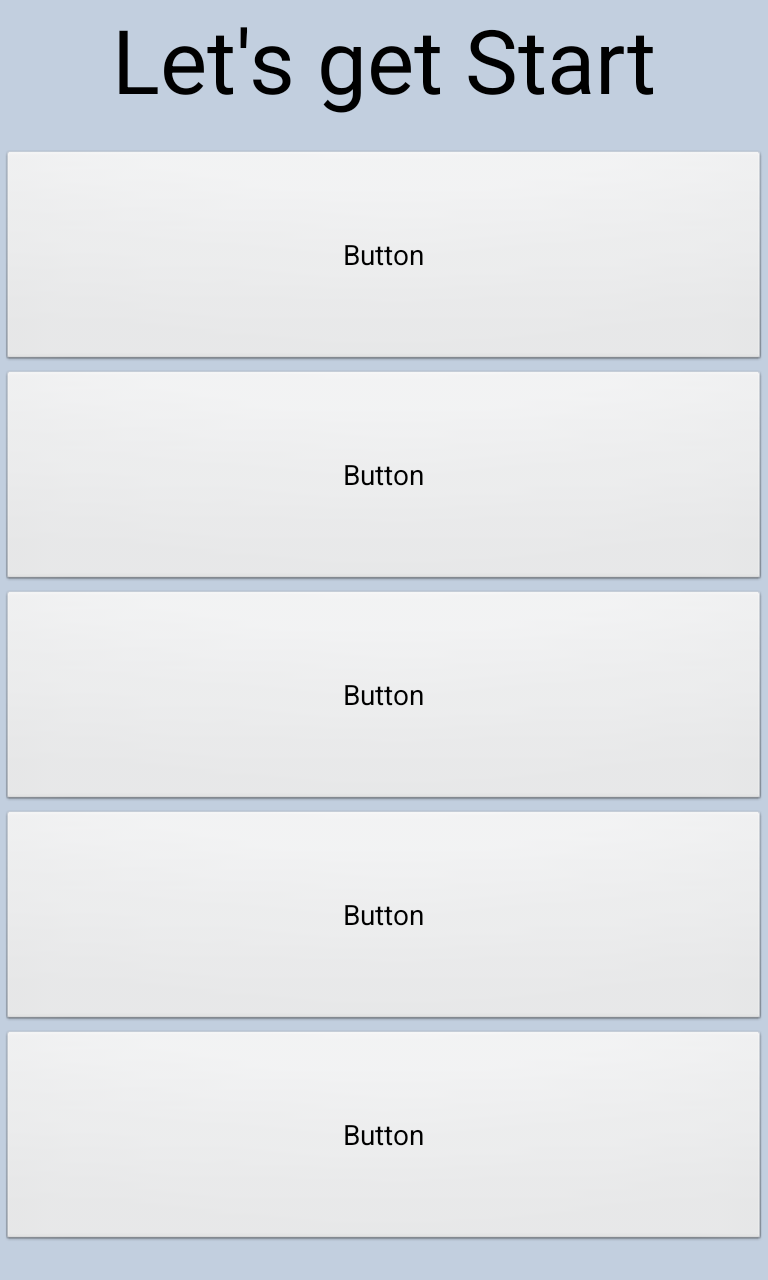
Repository: parinya1968/My-project
Layout: DroidWork/getBig/res/layout/profilemenu.xml
The author's editor kept a copy of each file at every save. The layout is drawn from the files as they stood at one save, then again after the next save.
It is drawn on a 768 x 1280 px phone screen (xhdpi) without system bars, with theme android:Theme.NoTitleBar.Fullscreen; the app's code is not run.

Above is the layout before, as saved 2012-06-20 03:25:00.

### DroidWork/getBig/res/layout/profilemenu.xml
<?xml version="1.0" encoding="utf-8"?>
<LinearLayout xmlns:android="http://schemas.android.com/apk/res/android"
    android:layout_width="fill_parent"
    android:layout_height="fill_parent"
    android:background="#C2CFDF"
    android:orientation="vertical" >



    <TextView
        android:layout_width="wrap_content"
        android:layout_height="wrap_content"
        android:layout_gravity="center_horizontal"
        android:layout_weight="0.32"
        android:text="Let&apos;s get Start"
        android:textColor="#000000"
        android:textSize="20pt" />



    <LinearLayout
        android:layout_width="match_parent"
        android:layout_height="wrap_content"
        android:layout_weight="0.32"
        android:orientation="vertical" >

        <Button
            android:id="@+id/button1"
            android:layout_width="match_parent"
            android:layout_height="110dp"
            android:text="Button" />

        <Button
            android:id="@+id/button2"
            android:layout_width="match_parent"
            android:layout_height="110dp"
            android:text="Button" />

        <Button
            android:id="@+id/button3"
            android:layout_width="match_parent"
            android:layout_height="110dp"
            android:text="Button" />

        <Button
            android:id="@+id/button4"
            android:layout_width="match_parent"
            android:layout_height="110dp"
            android:text="Button" />

        <Button
            android:id="@+id/button5"
            android:layout_width="match_parent"
            android:layout_height="110dp"
            android:text="Button" />

    </LinearLayout>

</LinearLayout>

After the next save:
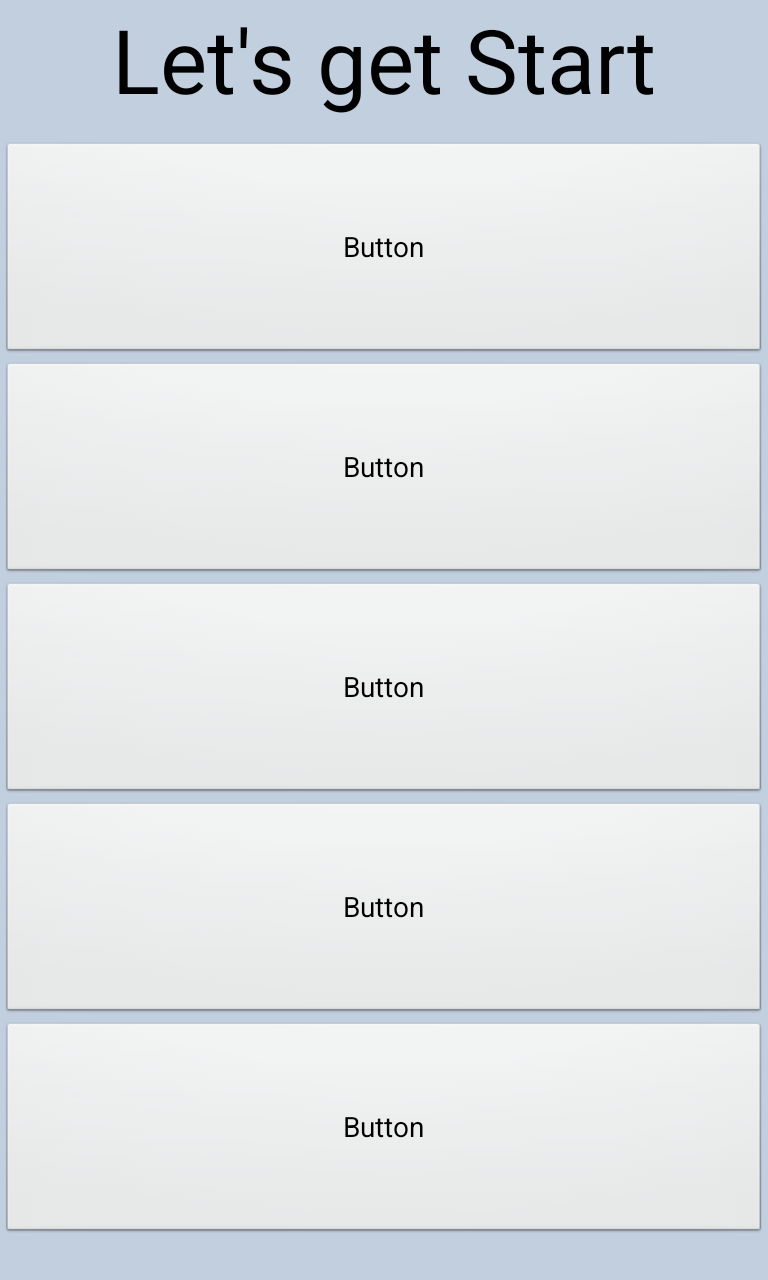
Saved 11 min 39 s later.
--- a/DroidWork/getBig/res/layout/profilemenu.xml
+++ b/DroidWork/getBig/res/layout/profilemenu.xml
@@ -6,12 +6,11 @@
     android:orientation="vertical" >
 
 
-
     <TextView
         android:layout_width="wrap_content"
         android:layout_height="wrap_content"
         android:layout_gravity="center_horizontal"
-        android:layout_weight="0.32"
+        android:layout_weight="0.19"
         android:text="Let&apos;s get Start"
         android:textColor="#000000"
         android:textSize="20pt" />
